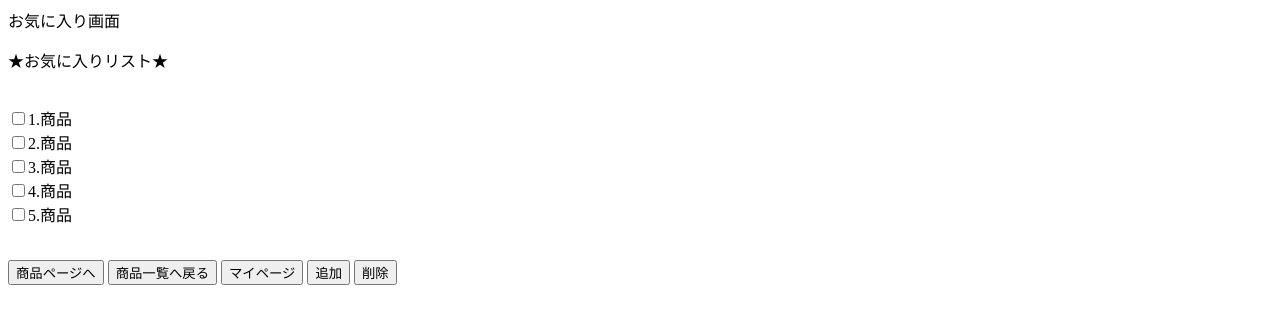
Repository: nathox/backup
Page: http://localhost/Favorite/
These files come from the project's save history. The page is drawn as it stood at one moment and after the next save; the edit follows.
The browser window is 1280 px wide. The pictures show the whole page.
The page is served by Tomcat 9. Other server files are loaded and not shown.

Above is the page before, as saved 2018-02-06 02:50:26.

### Favorite/WebContent/a.jsp
<%@ page language="java" contentType="text/html; charset=UTF-8"
    pageEncoding="UTF-8"%>
<!DOCTYPE html PUBLIC "-//W3C//DTD HTML 4.01 Transitional//EN" "http://www.w3.org/TR/html4/loose.dtd">
<html>
<head>
<meta http-equiv="Content-Type" content="text/html; charset=UTF-8">
<title>Insert title here</title>
</head>
<body>



<form name="frmMove">
<script language=javascript>
function obakasannemou(){
objChk = frmMove.chkMove //チェックボックスオブジェクトを参照
str = ""; //チェック内容を代入する変数
for(i = 0 ; i < objChk.length;i++){
if(objChk[i].checked) str += objChk[i].value
}
switch(str){
case "1":
location.href="https://www.yahoo.co.jp/";
break;
case "2":
location.href="https://www.google.co.jp";
break;

case "3":
location.href="https://www.biglobe.ne.jp/";
break;

case "4":
location.href="https://www.goo.ne.jp/";
break;

case "5":
location.href="https://www.google.co.jp/maps";
break;


}
}
</script>

お気に入り画面
<p>
★お気に入りリスト★
</p>

<p>
<br>
<input type="checkbox" value="1" name="chkMove">1.商品
<br><input type="checkbox" value="2" name="chkMove">2.商品
<br><input type="checkbox" value="3" name="chkMove">3.商品
<br><input type="checkbox" value="4" name="chkMove">4.商品
<br><input type="checkbox" value="5" name="chkMove">5.商品
</p>

<p>
<br><input type="button" value="商品ページへ" onclick="obakasannemou()">


<INPUT TYPE="button" VALUE="商品一覧へ戻る" onClick="location.href='https://www.yahoo.co.jp/'">

<INPUT TYPE="button" VALUE="マイページ" onClick="location.href='https://www.yahoo.co.jp/'">





<INPUT TYPE="button" VALUE="追加" onClick="location.href=''">
<INPUT TYPE="button" VALUE="削除" onClick="location.href=''">



</p>
</form>





</body>
</html>

After the next save:
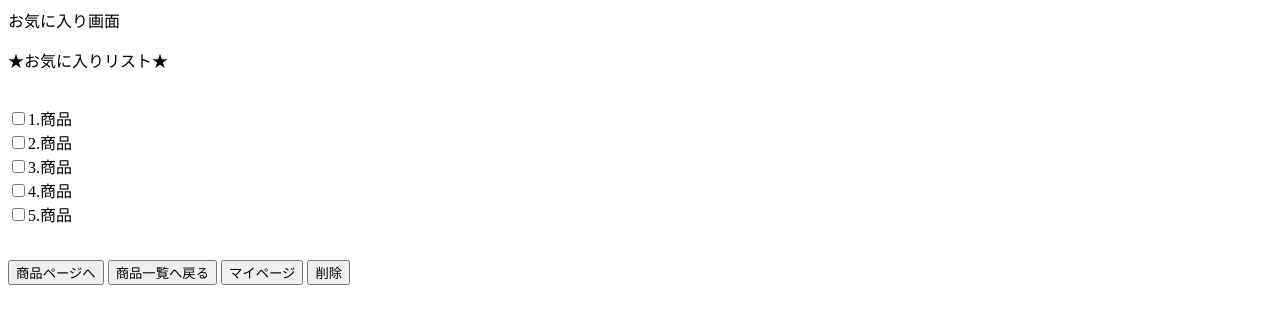
Saved 31 min 31 s later.
--- a/Favorite/WebContent/a.jsp
+++ b/Favorite/WebContent/a.jsp
@@ -69,7 +69,6 @@ break;
 
 
 
-<INPUT TYPE="button" VALUE="追加" onClick="location.href=''">
 <INPUT TYPE="button" VALUE="削除" onClick="location.href=''">
 
 
